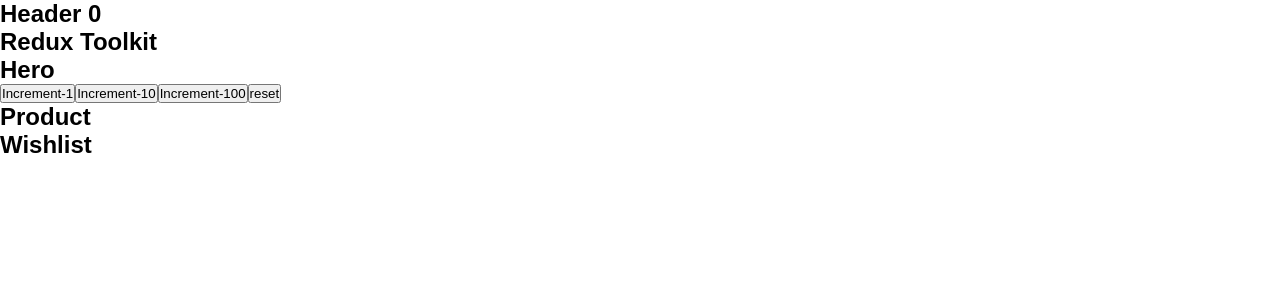
Repository: SitoraRashidova/userCrudFront
Page: /
An editor plug-in stored every save of this project. The page is shown before and after a run of saves, followed by the edit.
The browser window is 1280 px wide. The pictures show the whole page.
The project was rebuilt for these pictures with package versions that can differ from the ones it lists, and the page was loaded fresh each time. Also part of the build but not shown: vite.config.js.

Above is the page before, as saved 2024-12-09 23:36:52.

### src/main.jsx
import { StrictMode } from "react";
import { createRoot } from "react-dom/client";
import "./index.css";
import App from "./App.jsx";
// redux toolkid codes here
import { Provider } from "react-redux";
import store from "./redux/index.js";

createRoot(document.getElementById("root")).render(
  <StrictMode>
    <Provider store={store}>
      <App />
    </Provider>
  </StrictMode>
);

### src/App.jsx
import React from "react";
import { Header } from "./components/Header";
import Hero from "./components/Hero";
import Product from "./components/Product";
import Wishlist from "./components/Wishlist";
function App() {
  return (
    <>
      <Header />
      <h2>Redux Toolkit</h2>
      <Hero />
      <Product />
      <Wishlist />
    </>
  );
}

export default App;

### src/redux/index.js
import { configureStore } from "@reduxjs/toolkit";
import counterSlice from "./slices/counter-slice";
import wishlist from "./slices/wishlist-slice"
const store = configureStore({
  reducer: {
    counter: counterSlice,
    wishlist
  },
});
export default store

### src/components/Header.jsx
import React from "react";
import { useSelector } from "react-redux";

export const Header = () => {
  const counter = useSelector((state) => state.counter.value);
  console.log(counter);
  return (
    <div>
      <h2>Header {counter}</h2>
    </div>
  );
};

### src/components/Hero.jsx
import React from "react";
import { useDispatch } from "react-redux";
import { inc, reset } from "../redux/slices/counter-slice";
const Hero = () => {
  const dispatch = useDispatch();
  return (
    <div>
      <h2>Hero</h2>
      <button onClick={() => dispatch(inc(1))}>Increment-1</button>
      <button onClick={() => dispatch(inc(10))}>Increment-10</button>
      <button onClick={() => dispatch(inc(100))}>Increment-100</button>
      <button onClick={() => dispatch(reset())}>reset</button>
    </div>
  );
};

export default Hero;

### src/components/Product.jsx
import React from "react";

const DATA = [
  {
    id: 1,
    title: "Galaxy s22 ultra",
    price: 430,
  },
  {
    id: 2,
    title: "Iphone 15",
    price: 100,
  },
  {
    id: 3,
    title: "Huawei 7",
    price: 300,
  },
];
const Product = () => {
  return (
    <div>
      <h2>Product</h2>
    </div>
  );
};

export default Product;

### src/components/Wishlist.jsx
import React from "react";

const Wishlist = () => {
  return (
    <div>
      <h2>Wishlist</h2>
    </div>
  );
};

export default Wishlist;

### src/redux/slices/counter-slice.js
import { createSlice } from "@reduxjs/toolkit";
const counterSlice = createSlice({
  name: "counter",
  initialState: {
    value: 0,
  },
  reducers: {
    inc(state, action) {
      state.value += action.payload ? action.payload : 1 ;
    },
    dec(state) {
      state.value -= 1;
    },
    reset(state) {
      state.value = 0;
    },
  },
});
export const { inc, dec, reset } = counterSlice.actions; //setState
export default counterSlice.reducer; //state

### src/redux/slices/wishlist-slice.js
import { createSlice } from "@reduxjs/toolkit";
const wishlistSlice = createSlice({
  name: "wishlist",
  initialState: {
    value: [],
  },

});
export const { inc, dec, reset } = wishlistSlice.actions; //setState
export default wishlistSlice.reducer; //state

Loaded but not shown: index.html (common file); src/index.css (common file)

After the next 2 saves:
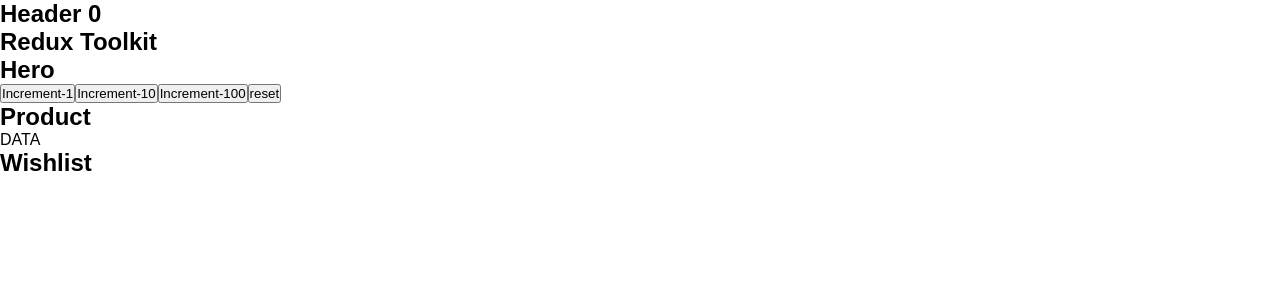
The 2 saves are shown as one change because they came seconds apart.
The last was saved 24 s later.
--- a/src/components/Product.jsx
+++ b/src/components/Product.jsx
@@ -21,6 +21,7 @@
   return (
     <div>
       <h2>Product</h2>
+      DATA
     </div>
   );
 };
